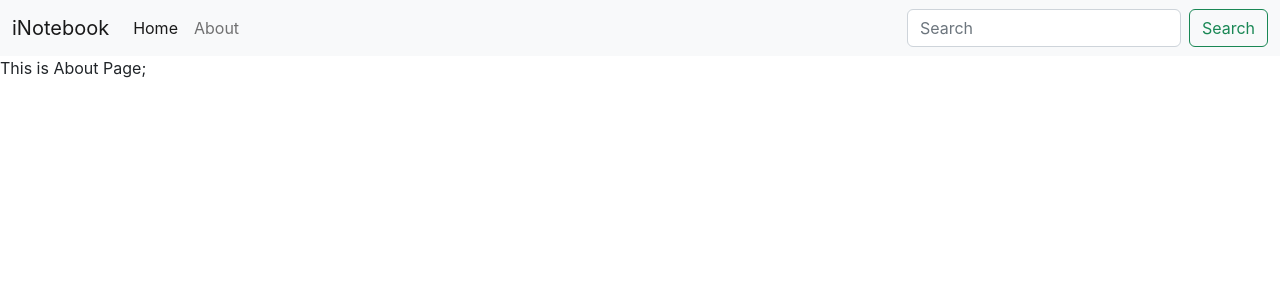
Repository: SatishPatil108/iNotebook-React
Page: /about
These files come from the project's save history. The page is drawn as it stood at one moment and after the next save; the edit follows.
The browser window is 1280 px wide. The pictures show the whole page.
The project was rebuilt for these pictures with package versions that can differ from the ones it lists, and the page was loaded fresh each time. Also part of the build but not shown: src/App.css, src/components/Home.js.

Above is the page before, as saved 2022-07-23 17:09:54.

### public/index.html
<!DOCTYPE html>
<html lang="en">

<head>
  <meta charset="utf-8" />
  <link rel="icon" href="%PUBLIC_URL%/favicon.ico" />
  <meta name="viewport" content="width=device-width, initial-scale=1" />
  <meta name="theme-color" content="#000000" />
  <meta name="description" content="Web site created using create-react-app" />
  <link rel="apple-touch-icon" href="%PUBLIC_URL%/logo192.png" />

  <link rel="manifest" href="%PUBLIC_URL%/manifest.json" />
  <link href="https://cdn.jsdelivr.net/npm/bootstrap@5.2.0/dist/css/bootstrap.min.css" rel="stylesheet"
    integrity="sha384-gH2yIJqKdNHPEq0n4Mqa/HGKIhSkIHeL5AyhkYV8i59U5AR6csBvApHHNl/vI1Bx" crossorigin="anonymous">

  <title>iNotebook - Your Notes Secured in the Cloud</title>
</head>

<body>
  <noscript>You need to enable JavaScript to run this app.</noscript>
  <div id="root"></div>
  <script src="https://cdn.jsdelivr.net/npm/@popperjs/core@2.11.5/dist/umd/popper.min.js"
    integrity="sha384-Xe+8cL9oJa6tN/veChSP7q+mnSPaj5Bcu9mPX5F5xIGE0DVittaqT5lorf0EI7Vk"
    crossorigin="anonymous"></script>
  <script src="https://cdn.jsdelivr.net/npm/bootstrap@5.2.0/dist/js/bootstrap.min.js"
    integrity="sha384-ODmDIVzN+pFdexxHEHFBQH3/9/vQ9uori45z4JjnFsRydbmQbmL5t1tQ0culUzyK"
    crossorigin="anonymous"></script>

</body>

</html>

### src/App.js
import './App.css';
import {
  BrowserRouter as Router,
  Routes,
  Route
} from "react-router-dom";
import Navbar from './components/Navbar';
import Home from './components/Home';
import About from './components/About';
import NoteState from './context/notes/NoteState';

function App() {
  return (
    <>
      <NoteState>
        <Router>
          <Navbar />
          <Routes>
            <Route exact path="/" element={<Home />}></Route>
            <Route exact path="/about" element={<About />}></Route>
          </Routes>
        </Router>
      </NoteState>
    </>
  );
}

export default App;

### src/components/Navbar.js
import React from 'react'
import { Link } from "react-router-dom";

const Navbar = () => {
    return (
        <div>
            <nav className="navbar navbar-expand-lg bg-light">
                <div className="container-fluid">
                    <Link className="navbar-brand" to="/">iNotebook</Link>
                    <button className="navbar-toggler" type="button" data-bs-toggle="collapse" data-bs-target="#navbarSupportedContent" aria-controls="navbarSupportedContent" aria-expanded="false" aria-label="Toggle navigation">
                        <span className="navbar-toggler-icon"></span>
                    </button>
                    <div className="collapse navbar-collapse" id="navbarSupportedContent">
                        <ul className="navbar-nav me-auto mb-2 mb-lg-0">
                            <li className="nav-item">
                                <Link className="nav-link active" aria-current="page" to="/">Home</Link>
                            </li>
                            <li className="nav-item">
                                <Link className="nav-link" to="/about">About</Link>
                            </li>
                        </ul>
                        <form className="d-flex" role="search">
                            <input className="form-control me-2" type="search" placeholder="Search" aria-label="Search" />
                            <button className="btn btn-outline-success" type="submit">Search</button>
                        </form>
                    </div>
                </div>
            </nav>
        </div>
    )
}

export default Navbar

### src/components/About.js
import React from 'react'
const About = () => {
    return (
        <div>
            This is About Page;
        </div>
    )
}

export default About

### src/context/notes/NoteState.js
import NoteContext from "./noteContext";
const NoteState = (props) => {



    return (
        <NoteContext.Provider value={{}}>
            {props.children}
        </NoteContext.Provider>
    )
}

export default NoteState;

Loaded but not shown: src/index.js (common file); src/index.css (common file); src/context/notes/noteContext.js (common file)

After the next save:
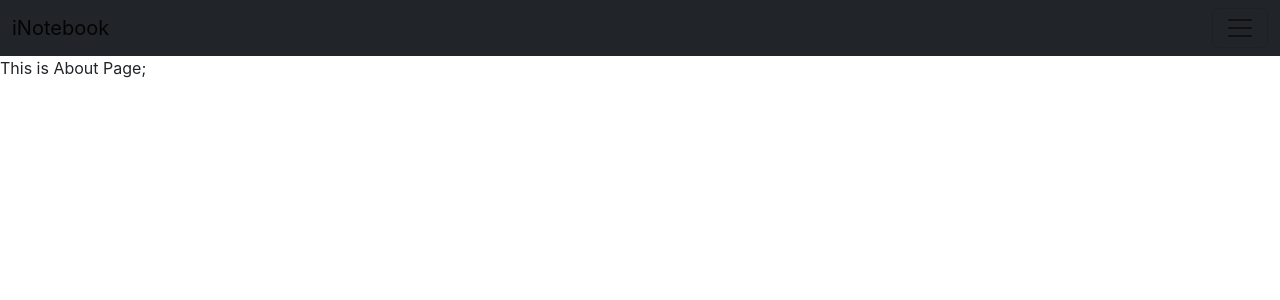
Saved 2 min 28 s later.
--- a/src/components/Navbar.js
+++ b/src/components/Navbar.js
@@ -4,7 +4,7 @@
 const Navbar = () => {
     return (
         <div>
-            <nav className="navbar navbar-expand-lg bg-light">
+            <nav className="navbar navbar-expand-dark bg-dark">
                 <div className="container-fluid">
                     <Link className="navbar-brand" to="/">iNotebook</Link>
                     <button className="navbar-toggler" type="button" data-bs-toggle="collapse" data-bs-target="#navbarSupportedContent" aria-controls="navbarSupportedContent" aria-expanded="false" aria-label="Toggle navigation">
